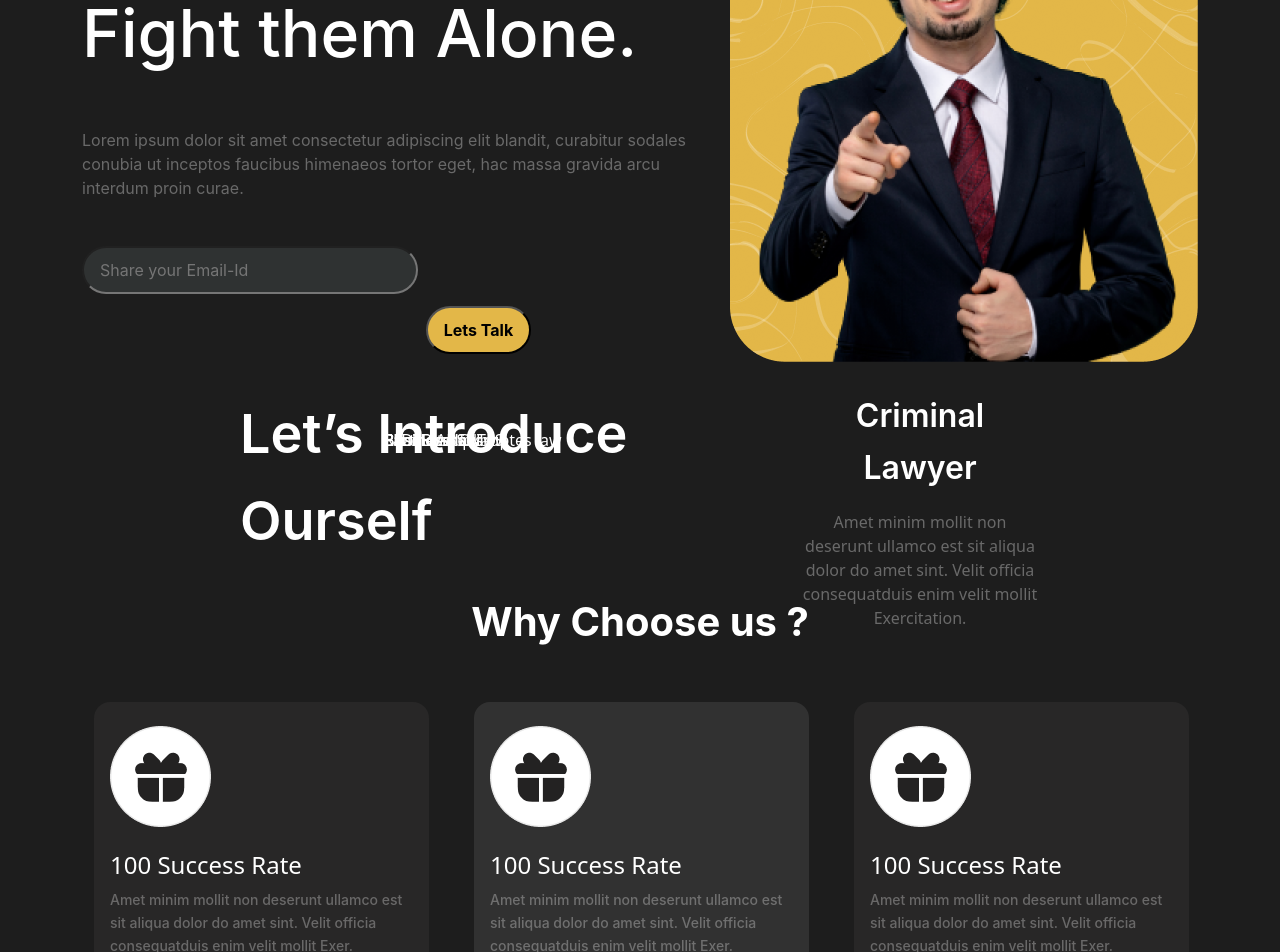
Repository: Senthil-Bala/LawFirm
Page: /
The author's editor kept a copy of each file at every save. The page is drawn from the files as they stood at one save, then again after the next save.
The browser window is 1280 px wide. The pictures show the part of the page from y = 252 to 1204 px (the page is 3925 px tall).
The project was rebuilt for these pictures with package versions that can differ from the ones it lists, and the page was loaded fresh each time. Also part of the build but not shown: src/App.css, src/Components/Frequents/Accordionss.css, src/Components/Frequents/Accordionss.jsx.

Above is the page before, as saved 2023-11-29 18:54:54.

### src/App.js
import './App.css';
import 'bootstrap/dist/css/bootstrap.min.css';
import Navbar from "./Components/Navbars/Navbar"
import HeroSection from './Components/Heroess/HeroSection';
import Main from "./Components/Mainss/Main";
import Boxes from "./Components/Box/Boxes";
import Practices from './Components/Practicsing/Practices';
import Clients from "./Components/ClientSides/Clients";
import Team from "./Components/Teamss/Team";
import Faq from "./Components/Frequents/Faq"
import Subscribe from './Components/Subscribes/Subscribe';
import Footer from "./Components/Footers/Footer"

function App() {
  return (
    <div className="container">
      <Navbar/>
      <HeroSection/>
      <Main/>
      <Boxes/>
      <Practices/>
      <Clients/>
      <Team/>
      <Faq/>
      <Subscribe/>
      <Footer/>
    </div>
  );
}

export default App;

### src/Components/Navbars/Navbar.jsx
import React from 'react'
import Studio from "../assests/logo.png";
import "./Navbar.css"

function Navbar() {
  return (
    <div className='navbar'>
        <div className="logo ">
            <img src={Studio} alt="Logo"/>
            <p>IGSTUDIO</p>
        </div>
        <div className="mid">
            <p>Home</p>
            <p>Attorneys</p>
            <p>Practice</p>
            <p>About Us</p>
        </div>
        <div className="btn">
            <button>Contact Now</button>
        </div>
    </div>
  )
}

export default Navbar

### src/Components/Heroess/HeroSection.jsx
import React from "react";
import "./HeroSection.css";
import Hero from "../assests/hero.png";
import Container from 'react-bootstrap/Container';
import Row from 'react-bootstrap/Row';
import Col from 'react-bootstrap/Col';
function HeroSection() {
  return (
    <div className="hero">
      <div className="contentLeft">
        <p id="mainHeading">You don’t have to Fight them Alone.</p>
        <p id="subHeading">
          Lorem ipsum dolor sit amet consectetur adipiscing elit blandit,
          curabitur sodales conubia ut inceptos faucibus himenaeos tortor eget,
          hac massa gravida arcu interdum proin curae.
        </p>
        <div >
        <input type="text" placeholder="Share your Email-Id" />
        <button className="inBtn">Lets Talk</button>
        </div>
      </div>
      <div className="contentRight">
        <img src={Hero} alt="Hero" />
      </div>
    </div>

  //   <Container>
  //   <Row>
  //     <Col sm={12} md={6} lg={6} >
  //     <div className="contentLeft">
  //   <p id="mainHeading">You don’t have to Fight them Alone.</p>
  //        <p id="subHeading">
  //        Lorem ipsum dolor sit amet consectetur adipiscing elit blandit,
  //          curabitur sodales conubia ut inceptos faucibus himenaeos tortor eget,
  //          hac massa gravida arcu interdum proin curae.
  //        </p>
  //         <input type="text" placeholder="Share your Email-Id" />
  //     <button className="inBtn">Lets Talk</button>
  //      </div >
  //     </Col>
  //     <Col sm={12} md={6} lg={6}>
  //     <div className="contentRight mt-5">
  //       <img src={Hero} alt="Hero" />
  //    </div>
  //     </Col>
  //   </Row>

  // </Container>








  );
}

export default HeroSection;

### src/Components/Mainss/Main.jsx
import React from "react";
import "./Main.css";
import Container from 'react-bootstrap/Container';
import Row from 'react-bootstrap/Row';
import Col from 'react-bootstrap/Col';
function Main() {
  return (
    <div className="main">
    <div className="left">
        <p>Let’s Introduce <br /> Ourself</p>
    </div>
    {/* <div className="vertical-line"></div> */}
    <div className="right">
        <p id="heading">Criminal Lawyer</p>
        <p id="subHeading">
            Amet minim mollit non deserunt ullamco est sit aliqua dolor do amet
            sint. Velit officia consequatduis enim velit mollit Exercitation.
        </p>
    </div>
</div>



    //Grid layouts

  //   <Container className="mt-5 pt-5">
  //   <Row>
  //     <Col sm={12} md={6} lg={6}>
  //     <div className="left">
  //       <p>Let’s Introduce Ourself</p>
  //     </div>
  //     </Col>
  //     <Col  sm={12} md={6} lg={6}>
  //     <div className="right">
  //       <p id="heading">Criminal Lawyer</p>
  //       <p id="subHeading">
  //         Amet minim mollit non deserunt ullamco est sit aliqua dolor do amet
  //         sint. Velit officia consequatduis enim velit mollit Exercitation.
  //       </p>
  //     </div>
  //     </Col>
  //   </Row>

  // </Container>
  );
}

export default Main;

### src/Components/Box/Boxes.jsx
import React from "react";
import "./Boxes.css";
import Box from "../assests/box.png";
import Container from 'react-bootstrap/Container';
import Row from 'react-bootstrap/Row';
import Col from 'react-bootstrap/Col';
function Boxes() {
  return (
    // <div className="box">
    //   <h1>Why Choose us ?</h1>
    //   <br />
    //   <div className="chooseBox">
    //     <div className="box1">
    //       <img src={Box} alt="" className="mt-2" />
    //       <h4 className="mt-4">100 Success Rate</h4>
    //       <p className="small">
    //         Amet minim mollit non deserunt ullamco est sit aliqua dolor do amet
    //         sint. Velit officia consequatduis enim velit mollit Exer.
    //       </p>
    //     </div>
    //     <div className="box2">
    //       <img src={Box} alt="" className="mt-2" />
    //       <h4 className="mt-4">100 Success Rate</h4>
    //       <p className="small">
    //         Amet minim mollit non deserunt ullamco est sit aliqua dolor do amet
    //         sint. Velit officia consequatduis enim velit mollit Exer.
    //       </p>
    //     </div>
    //     <div className="box3">
    //       <img src={Box} alt="" className="mt-2" />
    //       <h4 className="mt-4">100 Success Rate</h4>
    //       <p className="small">
    //         Amet minim mollit non deserunt ullamco est sit aliqua dolor do amet
    //         sint. Velit officia consequatduis enim velit mollit Exer.
    //       </p>
    //     </div>
    //   </div>
    // </div>
    //Grid layouts

<div>
<h1  className="text-center my-5 heading">Why Choose us ?</h1>

<Container>
<Row className="gx-5 gy-5">
        <Col sm={12} md={6} lg={4} g-5 >
        <div className="box1 mt-2 mr-2">
          <img src={Box} alt="" className="mt-2" />
          <h4 className="mt-4">100 Success Rate</h4>
          <p className="small">
            Amet minim mollit non deserunt ullamco est sit aliqua dolor do amet
            sint. Velit officia consequatduis enim velit mollit Exer.
          </p>
          <button className="chip">Read More</button>
        </div>
        </Col>
        <Col sm={12} md={6} lg={4}>
        <div className="box2 mt-2 mr-2">
          <img src={Box} alt="" className="mt-2" />
          <h4 className="mt-4">100 Success Rate</h4>
          <p className="small">
            Amet minim mollit non deserunt ullamco est sit aliqua dolor do amet
            sint. Velit officia consequatduis enim velit mollit Exer.
          </p>
          <button className="chip" >Read More</button>
        </div>
        </Col>
        <Col sm={12} md={6} lg={4}>
        <div className="box3 mt-2 mr-2">
          <img src={Box} alt="" className="mt-2" />
          <h4 className="mt-4">100 Success Rate</h4>
          <p className="small">
            Amet minim mollit non deserunt ullamco est sit aliqua dolor do amet
            sint. Velit officia consequatduis enim velit mollit Exer.
          </p>
          <button className="chip">Read More</button>
        </div>
        </Col>
      </Row>

    </Container>
    </div>

  );
}

export default Boxes;

### src/Components/Practicsing/Practices.jsx
import React from "react";
import Container from "react-bootstrap/Container";
import Row from "react-bootstrap/Row";
import Col from "react-bootstrap/Col";
import Left from "../assests/left.png";
import Right from "../assests/right.png";
import "./Practices.css";

function Practices() {
  return (
    <div>
      <h1 className="text-center my-5 heading">Area of Practices</h1>

      <Container>
        <Row className="mt-3">
          <Col xs={12} sm={8}>
            <img src={Left} alt="Business law" className="left" />
            <p className="title">Business law</p>

          </Col>
          <Col xs={12} sm={4}>
            <img src={Right} alt="Partnership Law" className="right" />
            <p className="title">Partnership law</p>

          </Col>
        </Row>
        <Row className="mt-3">
        <Col xs={12} sm={4}>
            <img src={Right} alt="Partnership Law" className="right" />
            <p className="title">Real Estate law</p>
          </Col>
          <Col xs={12} sm={8}>
            <img src={Left} alt="Business law" className="left" />
            <p className="title">Business law</p>

          </Col>

        </Row>
        <Row className="mt-3">
          <Col xs={12} sm={8}>
            <img src={Left} alt="Business law" className="left" />
            <p className="title">LandLord Disruptes law</p>

          </Col>
          <Col xs={12} sm={4}>
            <img src={Right} alt="Partnership Law" className="right" />
            <p className="title">ELDER ABSUTES</p>

          </Col>
        </Row>
      </Container>
    </div>
  );
}

export default Practices;

### src/Components/ClientSides/Clients.jsx
import React from "react";
import "./Clients.css";
import EclipseOne from "../assests/EclipseOne.png";
import EclipseTwo from "../assests/EclipseTwo.png";
import EclipseThree from "../assests/EclipseThree.png";
import Container from 'react-bootstrap/Container';
import Row from 'react-bootstrap/Row';
import Col from 'react-bootstrap/Col';
function Clients() {
  return (
    // <div className="box">
    //   <h1>Why Choose us ?</h1>
    //   <br />
    //   <div className="chooseBox">
    //     <div className="box1">
    //       <img src={Box} alt="" className="mt-2" />
    //       <h4 className="mt-4">100 Success Rate</h4>
    //       <p className="small">
    //         Amet minim mollit non deserunt ullamco est sit aliqua dolor do amet
    //         sint. Velit officia consequatduis enim velit mollit Exer.
    //       </p>
    //     </div>
    //     <div className="box2">
    //       <img src={Box} alt="" className="mt-2" />
    //       <h4 className="mt-4">100 Success Rate</h4>
    //       <p className="small">
    //         Amet minim mollit non deserunt ullamco est sit aliqua dolor do amet
    //         sint. Velit officia consequatduis enim velit mollit Exer.
    //       </p>
    //     </div>
    //     <div className="box3">
    //       <img src={Box} alt="" className="mt-2" />
    //       <h4 className="mt-4">100 Success Rate</h4>
    //       <p className="small">
    //         Amet minim mollit non deserunt ullamco est sit aliqua dolor do amet
    //         sint. Velit officia consequatduis enim velit mollit Exer.
    //       </p>
    //     </div>
    //   </div>
    // </div>
    //Grid layouts

<div>
    <div className="clientHead d-flex justify-content-between align-items-center">
<h1  className=" my-5 heading">What Says Our <br /> Happy Clients</h1>
<div className="arrows">
<button>L</button>
<button className="rgt">R</button>
</div>


</div>
<Container>
<Row className="gx-4 gy-4">
        <Col sm={12} md={6} lg={4} >
        <div className="box1 mt-2 mr-2">
          <img src={EclipseOne} alt="" />
          <h4 className="mt-2">Joe Kooper</h4>
          <p >Ceo Of Hunt</p>
          <p className="small">
            Amet minim mollit non deserunt ullamco est sit aliqua dolor do amet
            sint. Velit officia consequatduis enim velit mollit Exer.
          </p>
          <button className="chip">Read More</button>
        </div>
        </Col>
        <Col sm={12} md={6} lg={4}>
        <div className="box2 mt-2 mr-2">
          <img src={EclipseTwo} alt="" className="mt-2" />
          <h4 className="mt-2">Robert Fox</h4>
          <p >Ceo Of Hunt</p>
          <p className="small">
            Amet minim mollit non deserunt ullamco est sit aliqua dolor do amet
            sint. Velit officia consequatduis enim velit mollit Exer.
          </p>
          <button className="chip" >Read More</button>
        </div>
        </Col>
        <Col sm={12} md={6} lg={4}>
        <div className="box3 mt-2 mr-2">
          <img src={EclipseThree} alt="" className="mt-2" />
          <h4 className="mt-2">Devon Lane</h4>
          <p >Ceo Of Hunt</p>
          <p className="small">
            Amet minim mollit non deserunt ullamco est sit aliqua dolor do amet
            sint. Velit officia consequatduis enim velit mollit Exer.
          </p>
          <button className="chip">Read More</button>
        </div>
        </Col>
      </Row>

    </Container>
    </div>

  );
}

export default Clients;

### src/Components/Teamss/Team.jsx
import React from 'react'
import Container from 'react-bootstrap/esm/Container'
import Row from 'react-bootstrap/Row';
import Col from 'react-bootstrap/Col';
import Daniel from "../assests/Daniel.png";
import Sanfole from "../assests/Sanfole.png";
import Casforila from "../assests/Casforila.png";
import Collean from "../assests/Collean.png";
import Haldone from "../assests/Haldone.png";
import Nik from "../assests/Nik.png"
import "./Team.css"

function Team() {
  return (
    <div className='teamDiv my-3'>
        <h1 className="text-center mt-5 heading">Our Team</h1>

        <Container>
        <Row>

        <Col xs={6} md={4} lg={4} className='mt-5'>
            <div className="items d-flex pt-1 ">
        <img src={Daniel} alt="" className='mr-3'/>
        <div>
          <h6 >Daniel Def</h6>
          <p className="opac">301 Cases</p>
          </div>
          </div>
        </Col>

        <Col xs={6} md={4} lg={4} className='mt-5'>
            <div className="items d-flex sanfole pt-1 ">
        <img src={Sanfole} alt="" className='mr-3 '/>
        <div>
          <h6>Sanfole</h6>
          <p className="opac">850 Cases</p>
          </div>
          </div>
        </Col>

        <Col xs={6} md={4}  lg={4} className='mt-5'>
            <div className="items d-flex pt-1">
        <img src={Casforila} alt="" className='mr-3'/>
        <div>
          <h6 >Casforila</h6>
          <p className="opac">470 Cases</p>
          </div>
          </div>
        </Col>

        <Col xs={6} md={4} lg={4} className='mt-5'>
            <div className="items d-flex pt-1 ">
        <img src={Collean} alt="" className='mr-3'/>
        <div>
          <h6 >Collean</h6>
          <p className="opac">180 Cases</p>
          </div>
          </div>
        </Col>

        <Col xs={6} md={4}  lg={4} className='mt-5'>
            <div className="items d-flex pt-1">
        <img src={Haldone} alt="" className='mr-3'/>
        <div>
          <h6 >Haldone</h6>
          <p className="opac">212 Cases</p>
          </div>
          </div>
        </Col>

        <Col xs={6} md={4}  lg={4} className='mt-5'>
            <div className="items d-flex p-2">
        <img src={Nik} alt="" className='mr-3'/>
        <div>
          <h6 >Nik Joe</h6>
          <p className="opac">350 cases</p>
          </div>
          </div>
        </Col>

      </Row>
      </Container>
    </div>
  )
}

export default Team

### src/Components/Frequents/Faq.jsx
import React from "react";
import Accordionss from "./Accordionss"
import "./Faq.css"
function Faq() {
  return (
    <div className="d-flex justify-content-between my-5">
      <div className="faq my-4">
        <h1>FAQ</h1>
        <p className="faqContent">
          Amet minim mollit non deserunt ullamco est sit <br /> aliqua dolor do amet
          sint.
        </p>
      </div>
      <div className="accordions mt-5">
        {/* <Accordions/> */}
      </div>
    </div>
  );
}

export default Faq;

### src/Components/Subscribes/Subscribe.jsx
import React from 'react'
import "./Subscribe.css"
function Subscribe() {
  return (
    <div className='subscribes mt-3'>
    <div className="newsLetter">
<h1 className='text-center mt-2'>Subscribe Our NewsLetter</h1>
</div>
<div className="inputAndbutton">
    <input type="text" className='inputOne' placeholder='Enter Your Name'/>
    <input type="text" className='inputOne' placeholder='Enter your Email'/>
    <button id='send'>Send</button>
</div>
    </div>
  )
}

export default Subscribe

### src/Components/Footers/Footer.jsx
import React from 'react'
import "./Footer.css";
import logo from "../assests/logo.png";
import Group from "../assests/group.png"
function Footer() {
  return (
    <div className='footerDiv my-3'>
        <div className="firstDiv container text-center">
           <div className='logoDiv'>
            <img src={logo} alt="logo" />
            <p>IGSTUDIO</p>
           </div>
           <div className="mainDiv ">
            <p>Home</p>
            <p>Attorneys</p>
            <p>Practice Areas</p>
            <p>About Us</p>
           </div>
           <div>
            <img src={Group} alt="Icons" />
           </div>
        </div>
        <br />
        <div className="secondDiv container text-center ">
            <p>© 2020 Acme. All rig</p>
            <p>Privacy Policy</p>
            <p>Terms of Service</p>
        </div>

    </div>
  )
}

export default Footer

### src/Components/Navbars/Navbar.css
.navbar {
    display: flex;
    justify-content: space-between;
    align-items: center;
    /* width: 100%;
    height: 3rem; */

}

.mid {
    display: flex;
    gap: 30px;
    font-family: Inter;
    text-align: center;
    justify-content: space-between;
    align-items: center;

}

.btn button {
    border: 2px solid #FFFFFF;
    background-color: #1D1D1D;
    color: #FFFFFF;
    /* justify-content: center;
    align-items: center; */
}

.logo {
    display: flex;
    justify-content: center;
    align-items: center;
    gap: 20px;
}

.logo img{
    height: 1rem;
}

### src/Components/Heroess/HeroSection.css
.hero {
    display: flex;
    justify-content: space-between;
    align-items: center;
    gap: 30px;
    font-family: Inter;

}

.contentLeft {
    margin-top: 5rem;
    display: flex;
    flex-direction: column;
    gap: 30px;
}

.contentRight {
    width: 467.71px;
    height: 467.71px;
}

.inBtn {
    background: rgba(227, 183, 72, 1);

    color: black;
    font-family: Inter;
    font-weight: bold;
    height: 3rem;
    padding: 1rem;
    display: flex;
    justify-content: center;
    align-items: center;
    border-radius: 3rem;
    text-align: center;
    position: absolute;
    right: 58.5%;
    top: 77.5%;
    outline: 0;
}

input[type='text'] {
    height: 3rem;
    padding: 1rem;
    border-radius: 3rem;
    width: 21rem;
    position: relative;
    background-color:rgb(47, 50, 50);
    color: darkslategray;
    outline: 0;
}

#mainHeading {
    font-size: 66px;
    font-weight: 500;
    line-height: 97px;
    letter-spacing: 0em;
    text-align: left;

}

#subHeading {
    color: dimgrey;

}

### src/Components/Mainss/Main.css
.main {
    display: flex;
    justify-content: center;
    text-align: center;
    margin-top: 6rem;
}

.left {
    font-family: Inter;
    font-size: 54px;
    font-weight: 600;
    line-height: 87px;
    text-align: left;

}
/* Styling for the main container */
.main {
    display: flex;
    align-items: center;
}

/* Styling for the vertical line */
.vertical-line {
    border-left: 1px solid dimgray; /* Set color for the left border */
    height: 100px; /* Set height of the line */
    margin: 0 20px; /* Adjust margin as needed */
}



.right{
    display: flex;
    flex-direction: column;

}
#heading {
    font-family: Inter;
    font-size: 32px;
    font-weight: 600;
    line-height: 52px;
    letter-spacing: 0em;
    text-align: center;
    /* width: 475px;
    height: 155px; */

}
#subHeading{
    color: dimgrey;
    /* width: 475px;
height: 87px;

opacity: 0.3px; */

}

### src/Components/Box/Boxes.css
.box{
    margin-top: 6rem;
    text-align: center;
}
.chooseBox{
    display: flex;
    justify-content: space-between;
}
.box1,.box2,.box3{
    width: 335px;
height: 370px;
padding: 1rem;
text-align: left;
/* border: 2px solid; */
border-radius: 1rem;
background-color:rgb(40, 39, 39);

}
.box2{
    background: rgba(71, 71, 71, 0.5);

}
.small{
    font-family: Inter;
font-size: 14px;
font-weight: 500;
line-height: 23px;
letter-spacing: 0em;
text-align: left;
opacity: 30%;

}
.chip{
    background: rgba(227, 183, 72, 1);

    color: black;
    font-family: Inter;
    font-weight: bold;
    height: 2rem;
    /* padding: 1rem; */
    display: flex;
    justify-content: center;
    align-items: center;
    border-radius: 1.5rem;
    text-align: center;
}
.heading{
    font-family: Inter;
    font-weight: bold;

}

### src/Components/Practicsing/Practices.css
.left{
    width:35rem;
    height:10rem;
    text-transform: ;

}
.right{
    width:15rem;
    height:10rem;
    position: relative;
}
.title{
    position: absolute;
    bottom: 0px;
    left: 30%;
    text-align: center;
}

### src/Components/ClientSides/Clients.css
.arrows button{
    border-radius: 50%;
    height: 3rem;
    width: 3rem;
}
.rgt{
    background: rgba(227, 183, 72, 1);
}
.box2{
    background: rgba(71, 71, 71, 0.5);

}

### src/Components/Teamss/Team.css
.opac{
    opacity: 30%;
}

.sanfole{
    background: rgba(227, 183, 72, 1);
border-radius: 1rem;
color: black;

}

### src/Components/Frequents/Faq.css
.faqContent{
    opacity: 30%;
}

### src/Components/Subscribes/Subscribe.css
.subscribes{
height: 356px;
background: rgba(71, 71, 71, 0.5);
display: flex;
flex-direction: column;
justify-content: center;
align-items: center;
border-radius: 1rem;
gap: 30px;
}
#send{
    background: rgba(227, 183, 72, 1);
    height: 2.5rem;
    width: 5rem;
    border-radius: 0.5rem;

}
.inputOne{
    width: 10rem;
    height: 2.5rem;
    border-radius: 0.5rem;
    padding-left: 1rem;

}
.inputAndbutton{
display: flex;
justify-content: space-between;
gap: 10px;
}

### src/Components/Footers/Footer.css
.footerDiv{

height: 367px;
/* border: 1px solid white; */
display: flex;
flex-direction: column;
font-size: smaller;
background-color: black;
/* width: 100%; */


}
.firstDiv{
    display: flex;
    justify-content: space-between;
    align-items: center;
    margin-top: 4rem;
}
.mainDiv{
    display: flex;
    justify-content: center;
    align-items: center;
    gap:50px;
}
.secondDiv{
    display: flex;
    justify-content: center;
    align-items: center;
    gap:20px;
    margin-top: 2rem;
    font-size: xx-small;

}

Loaded but not shown: public/index.html (common file); src/index.js (common file); src/index.css (common file); src/reportWebVitals.js (common file)

After the next save:
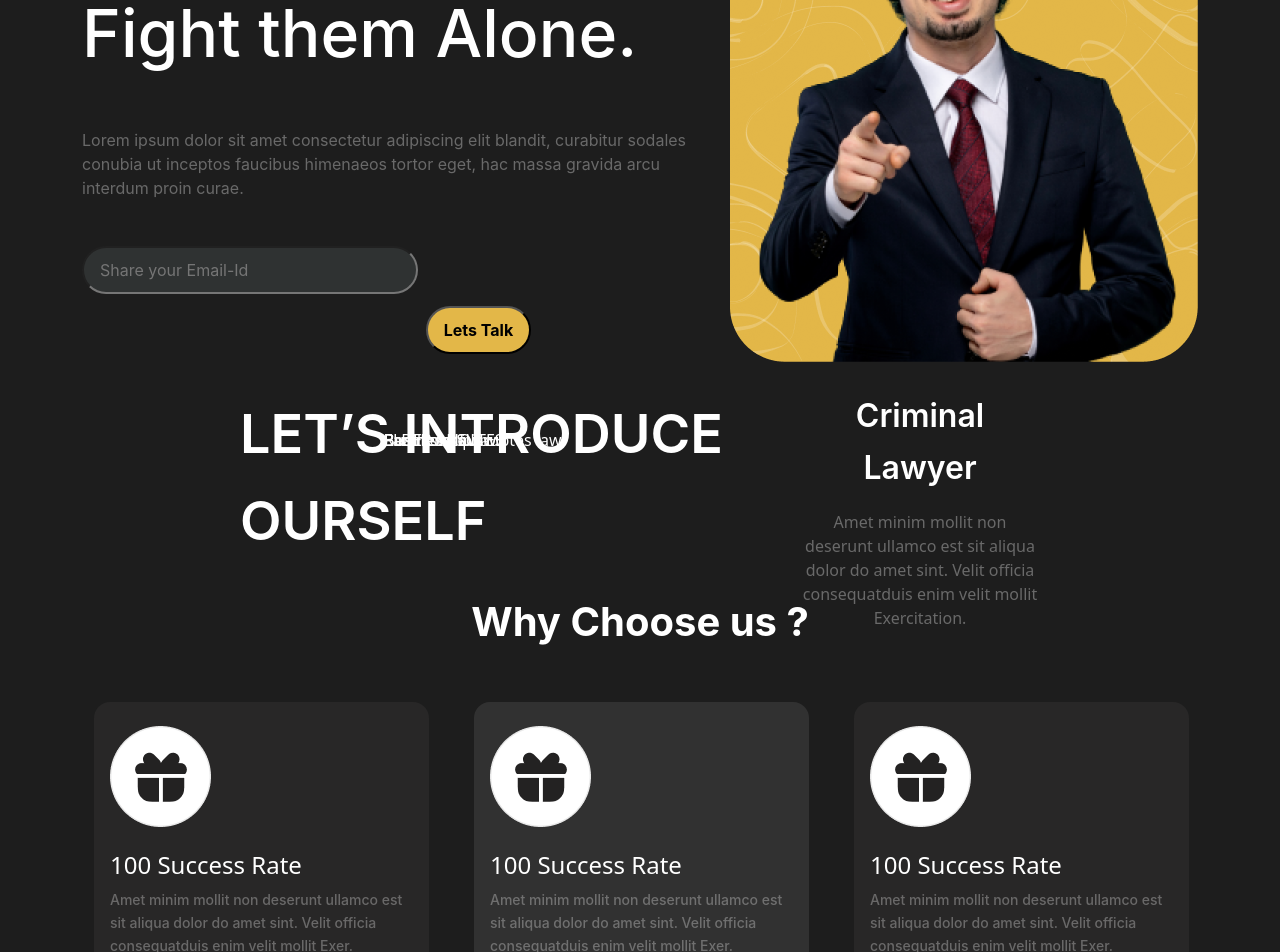
Saved 4 s later.
--- a/src/Components/Practicsing/Practices.css
+++ b/src/Components/Practicsing/Practices.css
@@ -1,7 +1,7 @@
 .left{
     width:35rem;
     height:10rem;
-    text-transform: ;
+    text-transform: uppercase;
 
 }
 .right{
